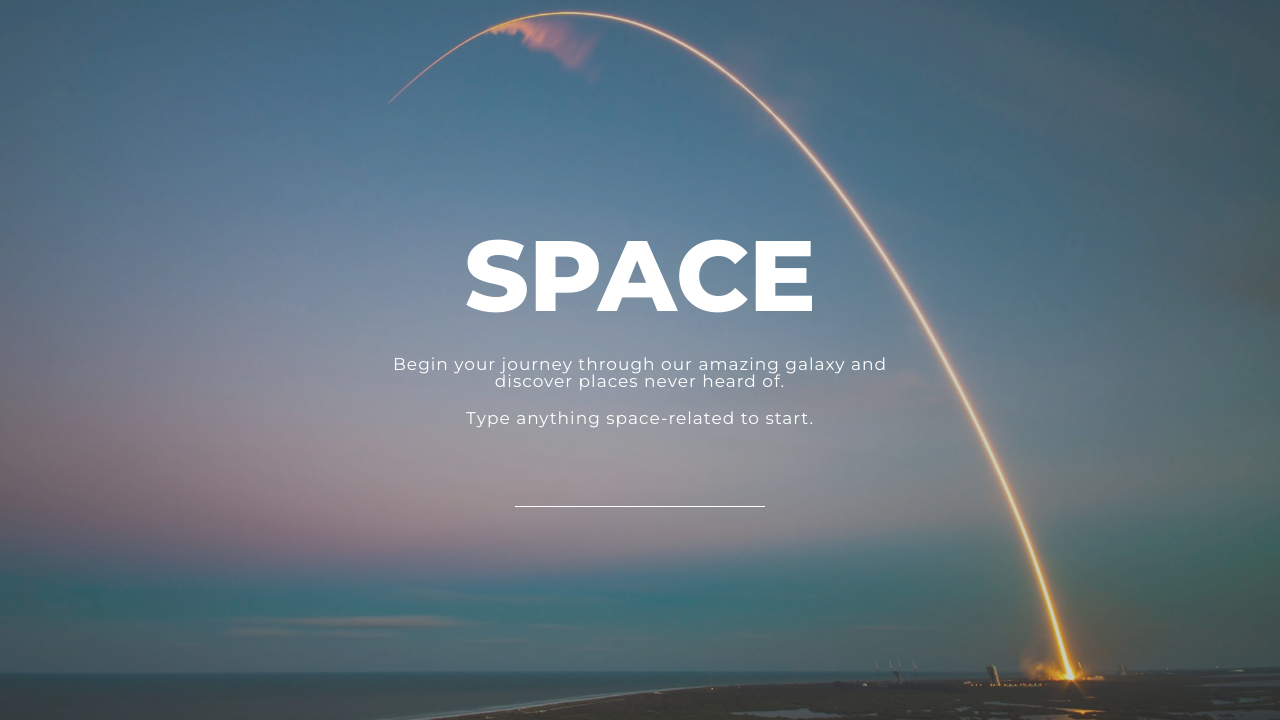
Repository: pmor80/spacer
Page: /
An editor plug-in stored every save of this project. The page is shown before and after the next save, followed by the edit.
The browser window is 1280 px wide. The pictures show the whole page.
The project was rebuilt for these pictures with package versions that can differ from the ones it lists, and the page was loaded fresh each time.

Above is the page before, as saved 2019-07-03 14:14:40.

After the next save:
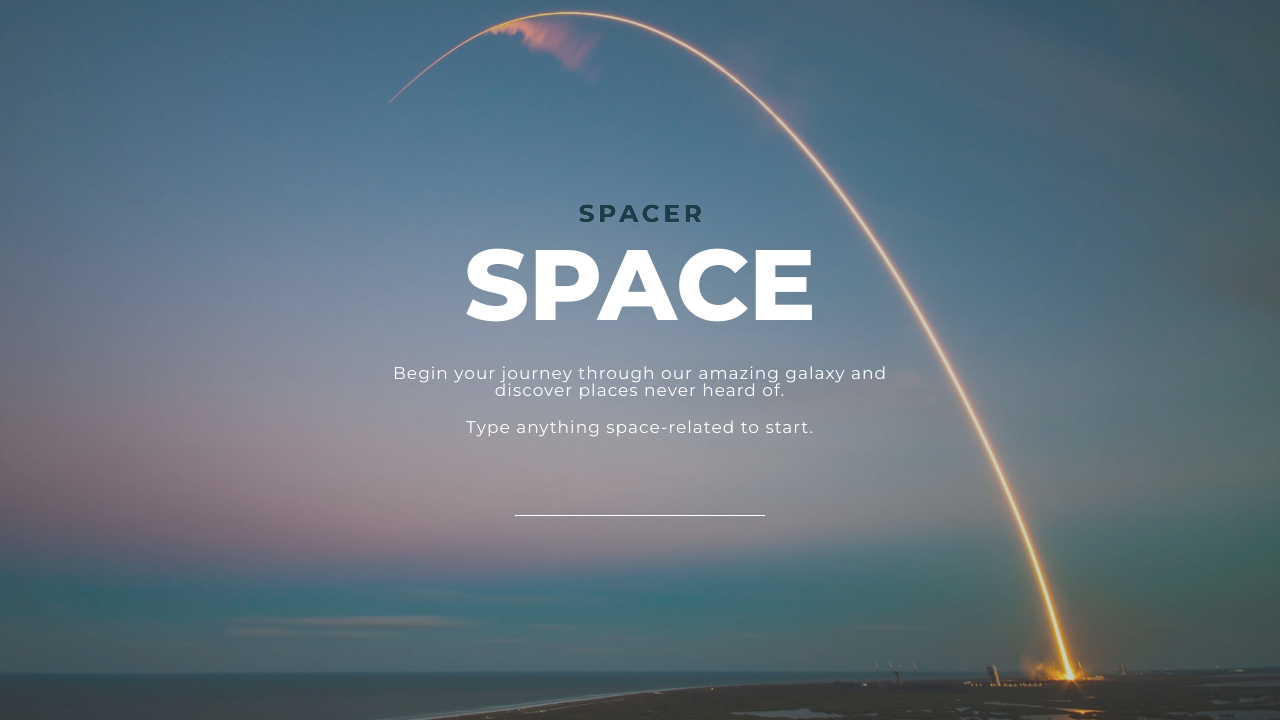
Saved 114 s later.
--- a/src/App.vue
+++ b/src/App.vue
@@ -1,6 +1,7 @@
 
 <template>
   <div :class="[{flexStart: step === 1 }, 'wrapper']">
+    <img src="./assets/logo.svg" />
     <transition name="fade">
       <HeroImage v-if="step === 0" />
     </transition>
